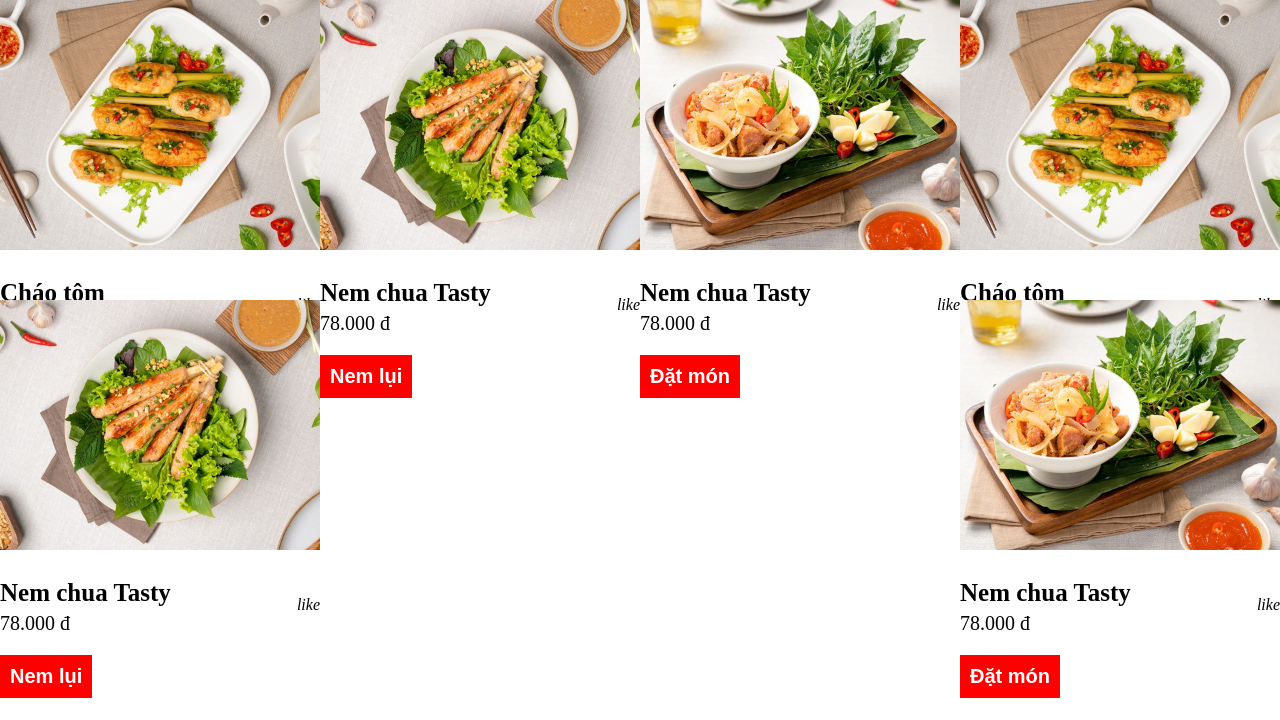
Repository: khoitq-acl/dolphin-restaurant
Page: index.html
An editor plug-in stored every save of this project. The page is shown before and after the next save, followed by the edit.
The browser window is 1280 px wide. The pictures show the whole page.

Above is the page before, as saved 2023-06-01 16:16:04.

### index.html
<!DOCTYPE html>
<html lang="en">

<head>
    <meta charset="UTF-8">
    <meta http-equiv="X-UA-Compatible" content="IE=edge">
    <meta name="viewport" content="width=device-width, initial-scale=1.0">
    <title>Dolphin</title>
    <link rel="stylesheet" href="style.css">
</head>

<body>
    <div class="item-list">
        <div class="item-row">
            <div class="item">

                <div class="img">
                    <img src="./img/chao-tom-4e2c.jpg" alt="chao-tom">
                </div>

                <div class="item-des">
                    <div class="item-text">
                        <p>Cháo tôm</p>
                        <span>78.000 đ</span>
                    </div>
                    <div class="item-icon">
                        <i>like</i>
                    </div>
                </div>

                <button class="btn-order">Đặt món</button>
            </div>

            <div class="item">

                <div class="img">
                    <img src="./img/nem-lui-434c.jpg" alt="nem-lui">
                </div>

                <div class="item-des">
                    <div class="item-text">
                        <p>Nem chua Tasty</p>
                        <span>78.000 đ</span>
                    </div>
                    <div class="item-icon">
                        <i>like</i>
                    </div>
                </div>

                <button class="btn-order">Nem lụi</button>
            </div>

            <div class="item">

                <div class="img">
                    <img src="./img/nem-chua-423b.jpg" alt="nem-chua">
                </div>

                <div class="item-des">
                    <div class="item-text">
                        <p>Nem chua Tasty</p>
                        <span>78.000 đ</span>
                    </div>
                    <div class="item-icon">
                        <i>like</i>
                    </div>
                </div>

                <button class="btn-order">Đặt món</button>
            </div>
            <div class="item">

                <div class="img">
                    <img src="./img/chao-tom-4e2c.jpg" alt="chao-tom">
                </div>

                <div class="item-des">
                    <div class="item-text">
                        <p>Cháo tôm</p>
                        <span>78.000 đ</span>
                    </div>
                    <div class="item-icon">
                        <i>like</i>
                    </div>
                </div>

                <button class="btn-order">Đặt món</button>
            </div>

            <div class="item">

                <div class="img">
                    <img src="./img/nem-lui-434c.jpg" alt="nem-lui">
                </div>

                <div class="item-des">
                    <div class="item-text">
                        <p>Nem chua Tasty</p>
                        <span>78.000 đ</span>
                    </div>
                    <div class="item-icon">
                        <i>like</i>
                    </div>
                </div>

                <button class="btn-order">Nem lụi</button>
            </div>

            <div class="item">

                <div class="img">
                    <img src="./img/nem-chua-423b.jpg" alt="nem-chua">
                </div>

                <div class="item-des">
                    <div class="item-text">
                        <p>Nem chua Tasty</p>
                        <span>78.000 đ</span>
                    </div>
                    <div class="item-icon">
                        <i>like</i>
                    </div>
                </div>

                <button class="btn-order">Đặt món</button>
            </div>
        </div>
    </div>
</body>

</html>

### style.css
* {
    margin: 0;
    padding: 0;
    box-sizing: border-box;
}
.item-row {
    display: flex;
    justify-content: space-between;

    flex-wrap: wrap;
}
.item {
    height: 300px;
   display: block;
    /*
    vw : viewport of width
    100vw
    */
    width: 25%;
}

img, .img img {
    width: 100%;
}

.item-des {
    width: 100%;
    padding: 20px 0;
    display: flex;
    justify-content: space-between;
    align-items: center;
}

.item-text p {
    font-size: 25px;
    font-weight: bolder;
    padding: 5px 0;
}

.item-text span {
    font-size: 20px;
}

.btn-order {
    padding: 10px ;
    background-color: red;
    border: none;
    outline: none;
    color: white;
    font-size: 20px;
    font-weight: bold;
}

After the next save:
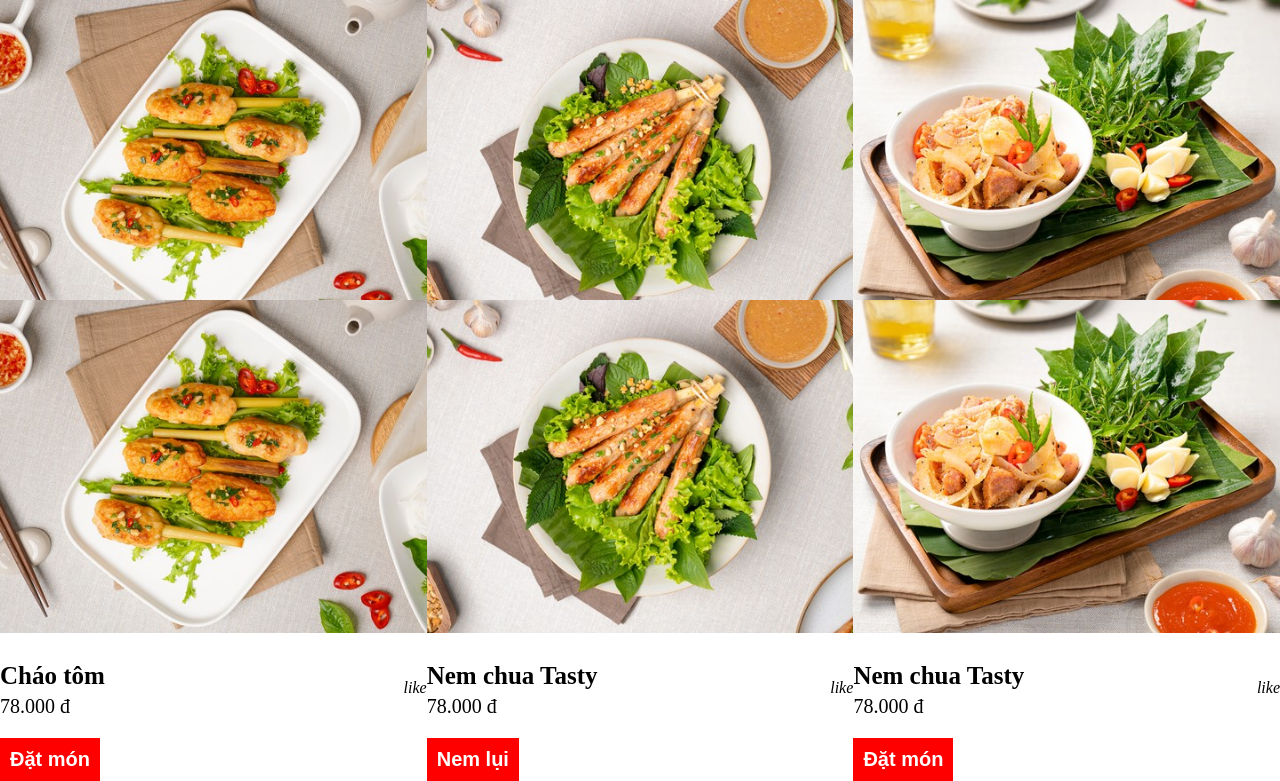
Saved 11 s later.
--- a/style.css
+++ b/style.css
@@ -16,7 +16,7 @@
     vw : viewport of width
     100vw
     */
-    width: 25%;
+    width: 33.33%;
 }
 
 img, .img img {
